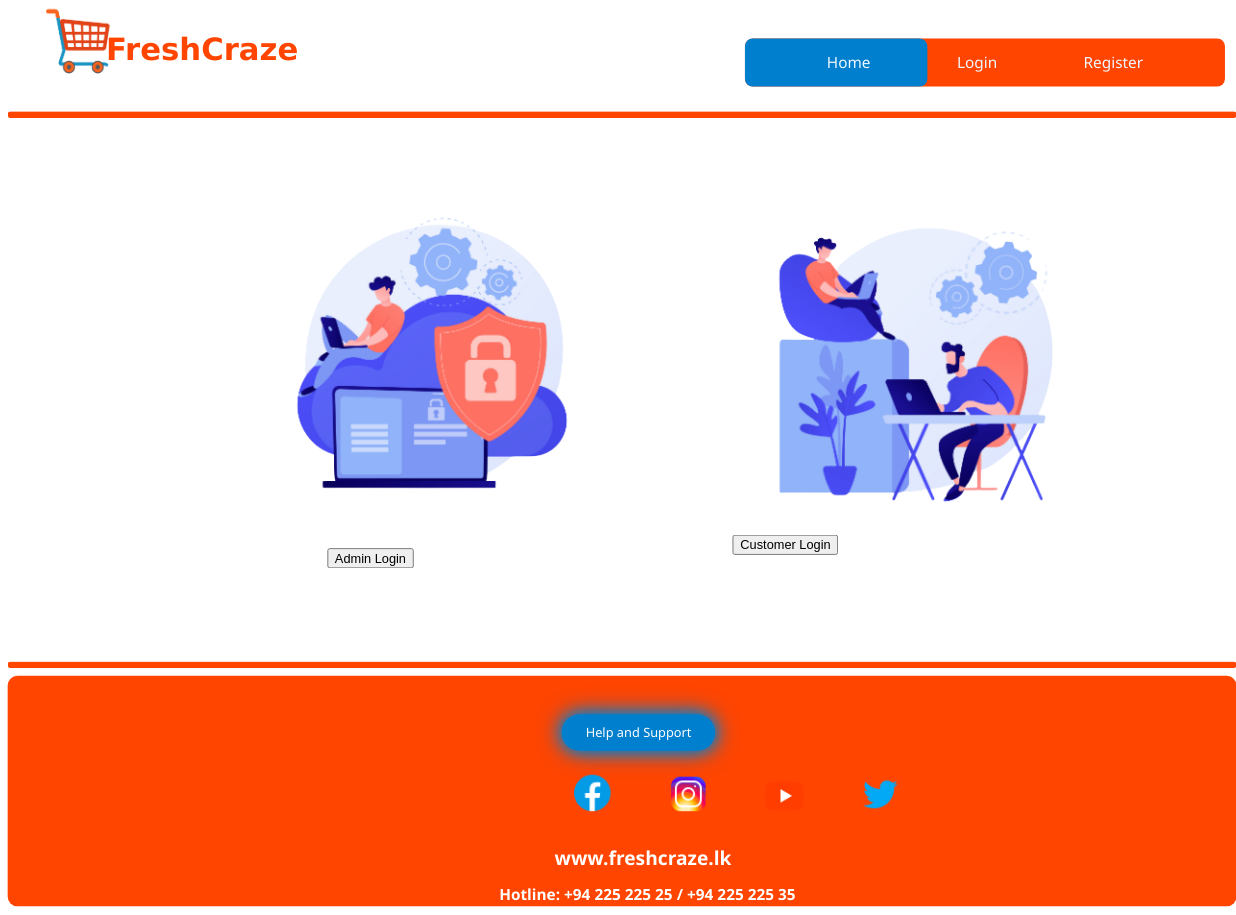
Repository: chamarac2002/FreshCraze
Page: http://localhost/CustomerDemo/LoginPage.jsp
The author's editor kept a copy of each file at every save. The page is drawn from the files as they stood at one save, then again after the next save.
The browser window is 1280 px wide. The page is 1288 px wide, so the pictures cover 1288 px, including what lies to the right of the window. The pictures show the whole page, at 96% of full size.
The page is served by Tomcat 9. Nobody is signed in. The application's start-up code is not run. Other server files are loaded and not shown.

Above is the page before, as saved 2024-05-11 09:16:46.

### CustomerDemo/src/main/webapp/LoginPage.jsp
<%@ page language="java" contentType="text/html; charset=ISO-8859-1"
    pageEncoding="ISO-8859-1"%>
<!DOCTYPE html>

<html lang="en">
<head>
    <meta charset="UTF-8">
    <meta name="viewport" content="width=device-width, initial-scale=1.0">
    <title>Home Page</title>

    <link rel="stylesheet" href="Styles/LoginPageStyle.css">
</head>

<body>

<img src="images\logo.png" class="logo" >

    <h1 class="logo_topic">FreshCraze</h1>

    <nav class="navbar">
        <a href="home page.html">Home</a>
        <a href="Login page.html">Login</a>
        <a href="customerinsert.jsp">Register</a>
        <span></span>
    </nav>

<hr class="topic_line">

<img src="images\dlog.png" class="dlogo" >
<img src="images\slog.png" class="slogo" >
<div class = "dlogging">

    <a href="#">
    <button type="button" class="dlogin">Admin Login</button>
    </a>
</div>

<div class = "slogging">
    <a href="login.jsp">
    <button type="button" class="slogin">Customer Login</button>
    </a>
</div>

<br>
<br>
<br>
<br>

<hr class="footer_line">

<div class="footer">
    <a href="link" target="_blank">
    <button type="button" class="help_button">Help and Support</button>
    </a>

    <div class="fb_icon">
        <a href="https://www.facebook.com/" target="_blank"><img src="images/facebook.png"></a>
    </div>

    <div class="insta_icon">
        <a href="https://www.instagram.com/" target="_blank"><img src="images/insta.png"></a>
    </div>

    <div class="twitt_icon">
        <a href="https://www.twitter.com/" target="_blank"><img src="images/Twitter.png"></a>
    </div>

    <div class="yt_icon">
        <a href="https://www.youtube.com/" target="_blank"><img src="images/yt.png"></a>
    </div>
</div>

<div class="contacts">
    <h1 class="link">www.freshcraze.lk</h1>
    <h1>Hotline: +94 225 225 25 / +94 225 225 35</h1>
</div>

</body>
</html>

### CustomerDemo/src/main/webapp/Styles/LoginPageStyle.css
body{
    background-color: #ffffff;
    background-repeat: no-repeat;
    background-attachment: fixed;
    background-position: center;
    width: 100%;
}

.logo{
    width: 70px;
    height: 70px;
    margin-left: 3%;
}

.logo_topic{
    font-family: verdana;
    margin-left: 8%;
    margin-top: -3.9%;
    color: orangered;
}

.navbar{
    margin-left:60%;
    margin-top:-4%;
    padding: 0;
    box-sizing: border-box;
    font-family: 'Segoe UI';
    display: flex;
    justify-content:center;
    align-items: center;
    min-height: 5vh;

    position:relative;
    background-color: orangered;
    border-radius: 8px;
    width: 500px;
    height: 50px;
    display: flex;
}

nav a{
    position: relative;
    display: inline-block;
    font-size: 1em;
    font-weight: 500;
    color: aliceblue;
    text-decoration: none;
    padding: 45px;
    z-index: 1;
}

nav span{
    position: absolute;
    top: 0;
    left: 0;
    width: 190px;
    height: 100%;
    background-color:rgb(0, 127, 206);
    border-radius: 8px;
    transition: .3s;
}

nav a:nth-child(1):hover~span{
    left: 0;
    width: 180px;
}

nav a:nth-child(2):hover~span{
    left: 180px;
    width: 130px;
}

nav a:nth-child(3):hover~span{
    left:320px;
    width: 180px;
}

.topic_line{
    border: none;
    margin-top: 2%;
    border-top: 7px solid orangered;
    border-radius: 10px;
}

.help_button{
    box-shadow:0 0 15px rgb(0, 127, 206),0 0 25px rgb(0, 127, 206);
    border: none;
    width: 160px;
    margin-left: 44%;
    font-family: 'Segoe UI';
    padding: 10px 12px;
    color: #ffffff;
    background-color:rgb(0, 127, 206);
    border-radius: 20px;
}

.help_button:hover{
    box-shadow: 0 0 25px rgb(0, 127, 206);
}

.fb_icon{
    margin-left: 560px;
    margin-top: 20px;
}

.insta_icon{
    margin-left: 660px;
    margin-top: -51px;
}

.yt_icon{
    margin-left: 760px;
    margin-top: -51px;
}

.twitt_icon{
    margin-left: 860px;
    margin-top: -51px;
}

.footer{
    height: 200px;
    background-color: orangered;
    padding-top: 40px;
    padding-left: 25px;
    border-radius: 10px;
}

.footer_line{
    border: none;
    margin-top: 3%;
    border-top: 7px solid orangered;
    border-radius: 10px;
}

.contacts{
    font-size: 8px;
    color:rgb(255, 255, 255);
    font-family: 'Segoe UI';
    margin-left: 40%;
    margin-top: -5%;
}

.link{
    font-size: 20px ;
    margin-top: -6%;
    margin-left: 7.5%;
}

.dlogging{
    margin-left: 26%;
    margin-top: -5%;
}

.slogging{
    margin-left: 59%;
    margin-top: -2.7%;
}

.stafflogin{
    box-shadow:0 0 15px rgb(255, 118, 13),0 0 25px rgb(255, 118, 13);
    border: none;
    width: 160px;
    font-family: oswald;
    padding: 10px 12px;
    color: #ffffff;
    background-color:rgb(255, 118, 13);
    border-radius: 20px;
}

.stafflogin:hover{
    box-shadow: 0 0 45px rgb(255, 118, 13);
}

.dlogo{
    margin-left: 15%;
    margin-top: -5%;
}

.donorlogin{
    box-shadow:0 0 15px rgb(255, 118, 13),0 0 25px rgb(255, 118, 13);
    border: none;
    width: 160px;
    font-family: oswald;
    padding: 10px 12px;
    color: #ffffff;
    background-color:rgb(255, 118, 13);
    border-radius: 20px;
}

.donorlogin:hover{
    box-shadow: 0 0 45px rgb(255, 118, 13);
}

After the next save:
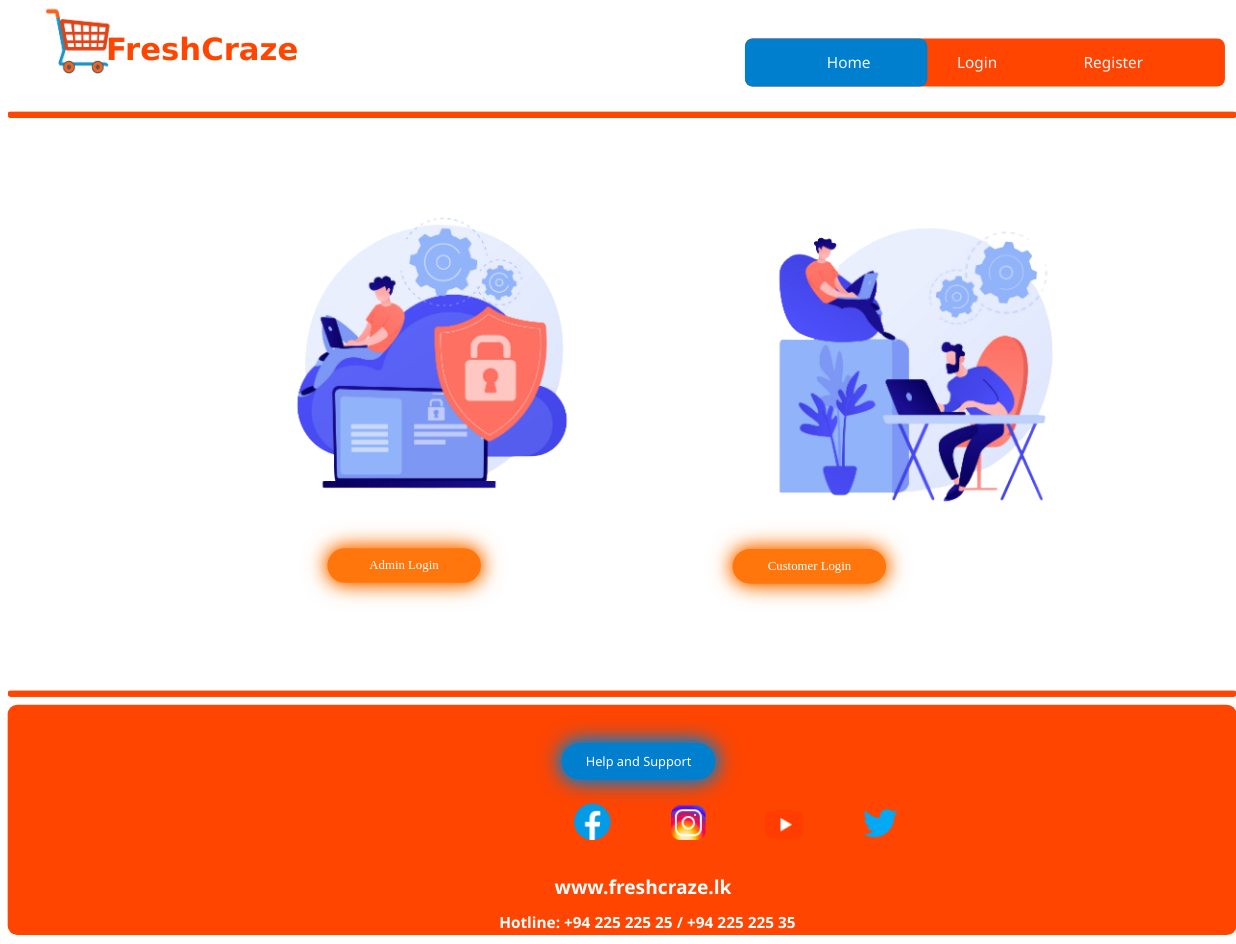
Saved 45 s later.
--- a/CustomerDemo/src/main/webapp/Styles/LoginPageStyle.css
+++ b/CustomerDemo/src/main/webapp/Styles/LoginPageStyle.css
@@ -157,7 +157,7 @@
     margin-top: -2.7%;
 }
 
-.stafflogin{
+.slogin{
     box-shadow:0 0 15px rgb(255, 118, 13),0 0 25px rgb(255, 118, 13);
     border: none;
     width: 160px;
@@ -168,7 +168,7 @@
     border-radius: 20px;
 }
 
-.stafflogin:hover{
+.slogin:hover{
     box-shadow: 0 0 45px rgb(255, 118, 13);
 }
 
@@ -177,7 +177,7 @@
     margin-top: -5%;
 }
 
-.donorlogin{
+.dlogin{
     box-shadow:0 0 15px rgb(255, 118, 13),0 0 25px rgb(255, 118, 13);
     border: none;
     width: 160px;
@@ -188,6 +188,6 @@
     border-radius: 20px;
 }
 
-.donorlogin:hover{
+.dlogin:hover{
     box-shadow: 0 0 45px rgb(255, 118, 13);
 }

After the 2 saves that followed:
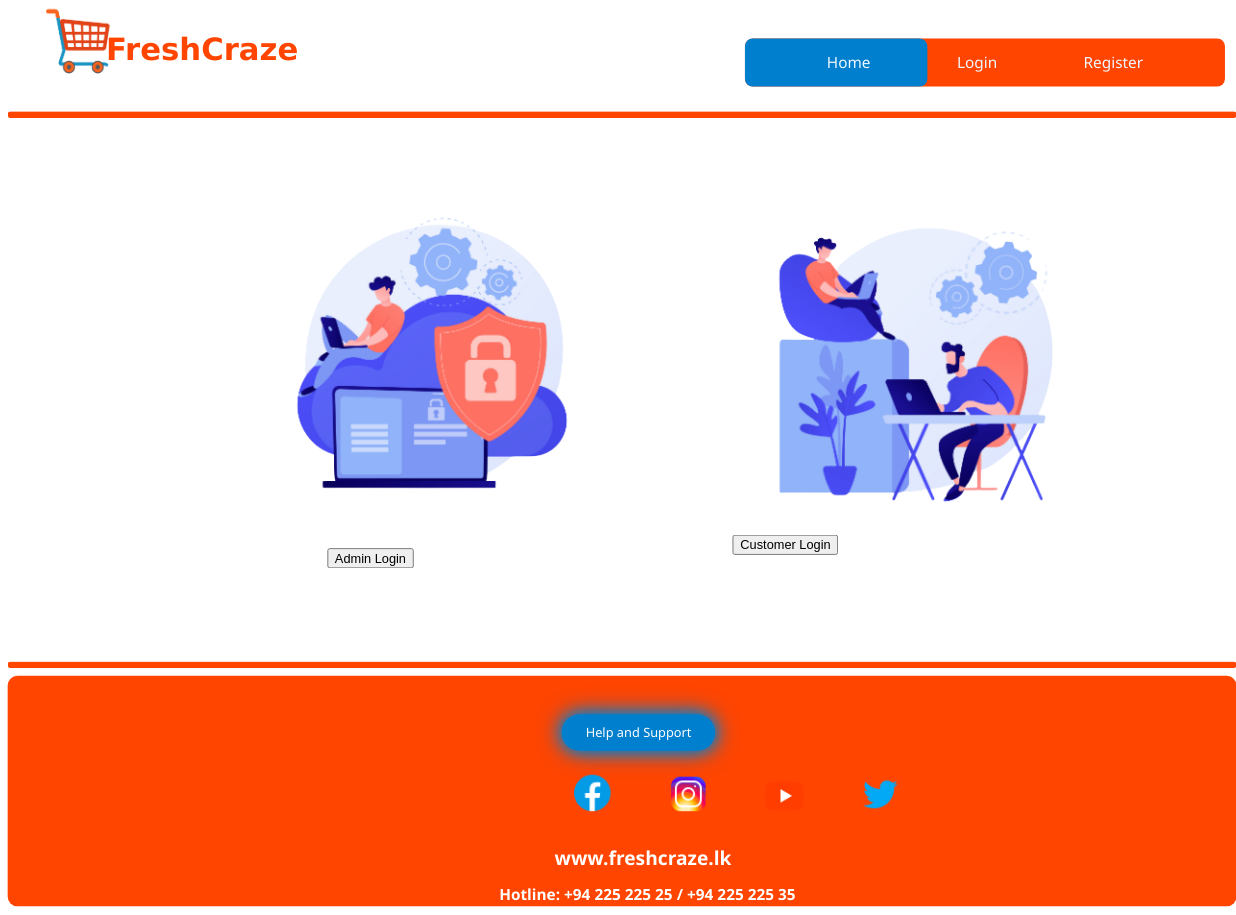
The 2 saves are shown as one change because 1 left the picture as it was.
The last was saved 83 s later.
--- a/CustomerDemo/src/main/webapp/LoginPage.jsp
+++ b/CustomerDemo/src/main/webapp/LoginPage.jsp
@@ -28,16 +28,16 @@
 
 <img src="images\dlog.png" class="dlogo" >
 <img src="images\slog.png" class="slogo" >
+
 <div class = "dlogging">
-
     <a href="#">
-    <button type="button" class="dlogin">Admin Login</button>
+    <button type="button" class="alogin">Admin Login</button>
     </a>
 </div>
 
 <div class = "slogging">
     <a href="login.jsp">
-    <button type="button" class="slogin">Customer Login</button>
+    <button type="button" class="clogin">Customer Login</button>
     </a>
 </div>
 
